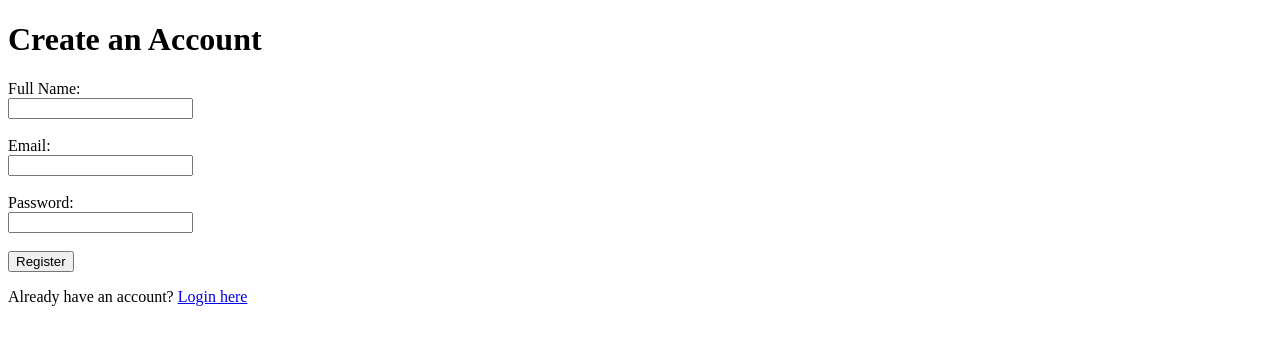
Repository: An-tonDev/expense-tracker
Page: public/html/register.html
The author's editor kept a copy of each file at every save. The page is drawn from the files as they stood at one save, then again after the next save.
The browser window is 1280 px wide. The pictures show the whole page.

Above is the page before, as saved 2025-06-27 15:29:56.

After the next save:
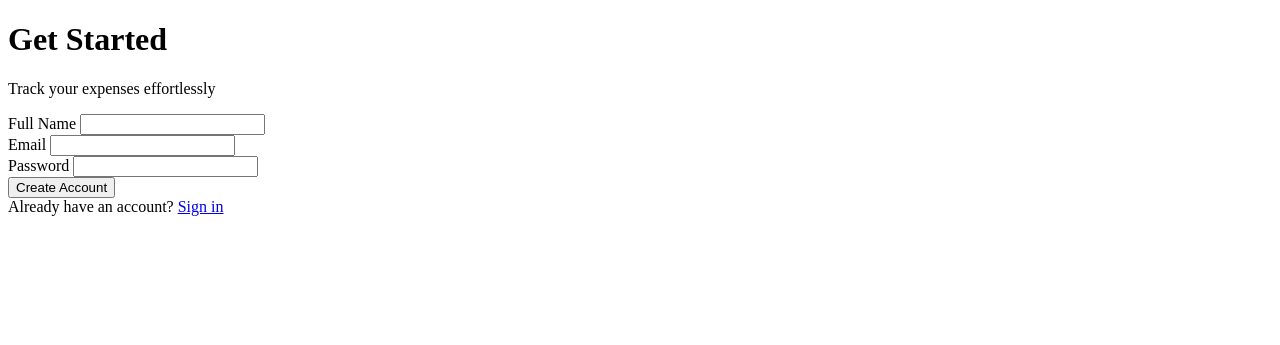
Saved 27 s later.
--- a/public/html/register.html
+++ b/public/html/register.html
@@ -1,28 +1,43 @@
 <!DOCTYPE html>
 <html lang="en">
 <head>
-  <meta charset="UTF-8" />
-  <meta name="viewport" content="width=device-width, initial-scale=1.0" />
-  <title>Register - Expense Tracker</title>
+  <meta charset="UTF-8">
+  <meta name="viewport" content="width=device-width, initial-scale=1.0">
+  <title>Register | Expense Tracker</title>
+  <link rel="stylesheet" href="style.css">
 </head>
-<body>
+<body class="auth-page">
 
-  <h1>Create an Account</h1>
+  <main class="auth-container">
+    <div class="auth-card">
+      <h1 class="auth-title">Get Started</h1>
+      <p class="auth-subtitle">Track your expenses effortlessly</p>
 
-  <form action="/register" method="POST">
-    <label for="name">Full Name:</label><br />
-    <input type="text" id="name" name="name" required /><br /><br />
+      <form class="auth-form" action="/register" method="POST">
+        <div class="form-group">
+          <label for="name">Full Name</label>
+          <input type="text" id="name" name="name" class="form-input" required>
+        </div>
 
-    <label for="email">Email:</label><br />
-    <input type="email" id="email" name="email" required /><br /><br />
+        <div class="form-group">
+          <label for="email">Email</label>
+          <input type="email" id="email" name="email" class="form-input" required>
+        </div>
 
-    <label for="password">Password:</label><br />
-    <input type="password" id="password" name="password" required /><br /><br />
+        <div class="form-group">
+          <label for="password">Password</label>
+          <input type="password" id="password" name="password" class="form-input" required>
+        </div>
 
-    <button type="submit">Register</button>
-  </form>
+        <button type="submit" class="btn btn-primary btn-block">Create Account</button>
 
-  <p>Already have an account? <a href="/login.html">Login here</a></p>
+        <div class="auth-links">
+          <span>Already have an account?</span>
+          <a href="/login.html">Sign in</a>
+        </div>
+      </form>
+    </div>
+  </main>
 
 </body>
 </html>
